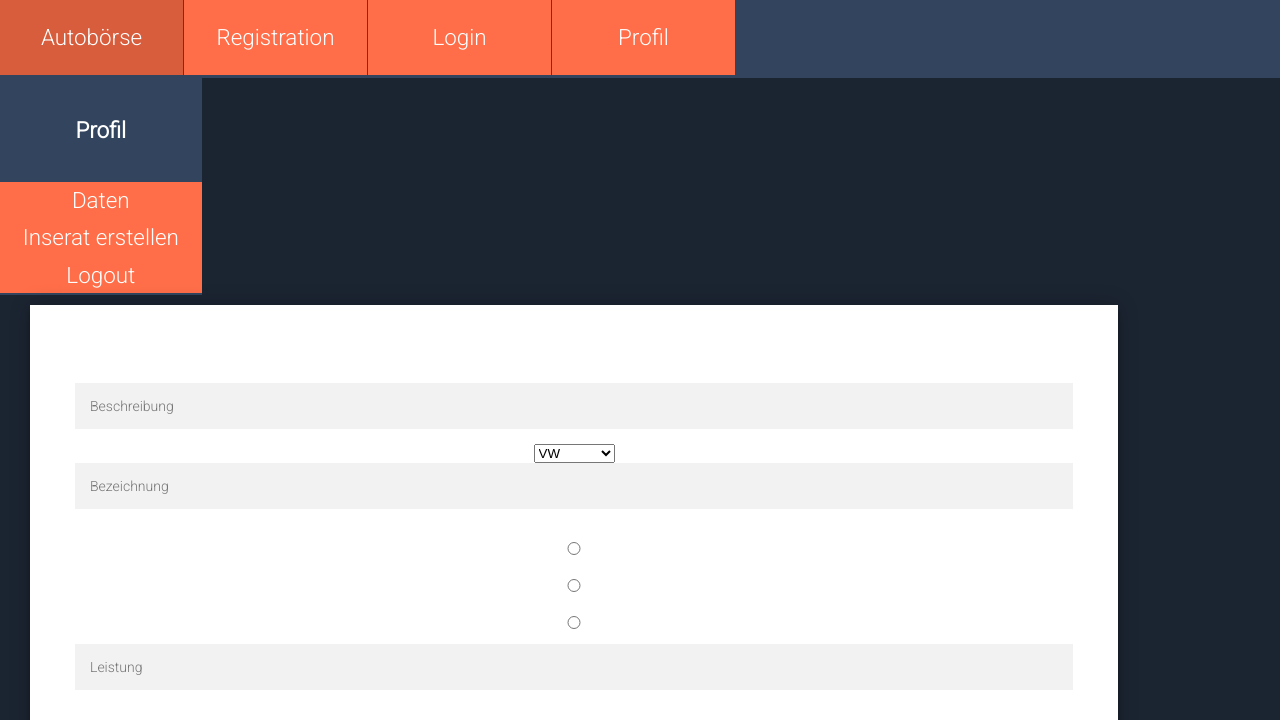
Repository: Turkelten/CarAdminstration
Page: http://localhost/Autobörse/userprofil.jsp
An editor plug-in stored every save of this project. The page is shown before and after the next save, followed by the edit.
The browser window is 1280 px wide. The pictures show the whole page.
The page is served by Tomcat 9.

Above is the page before, as saved 2020-07-19 20:40:46.
Console error: SyntaxError: Unexpected token '=='

After the next save:
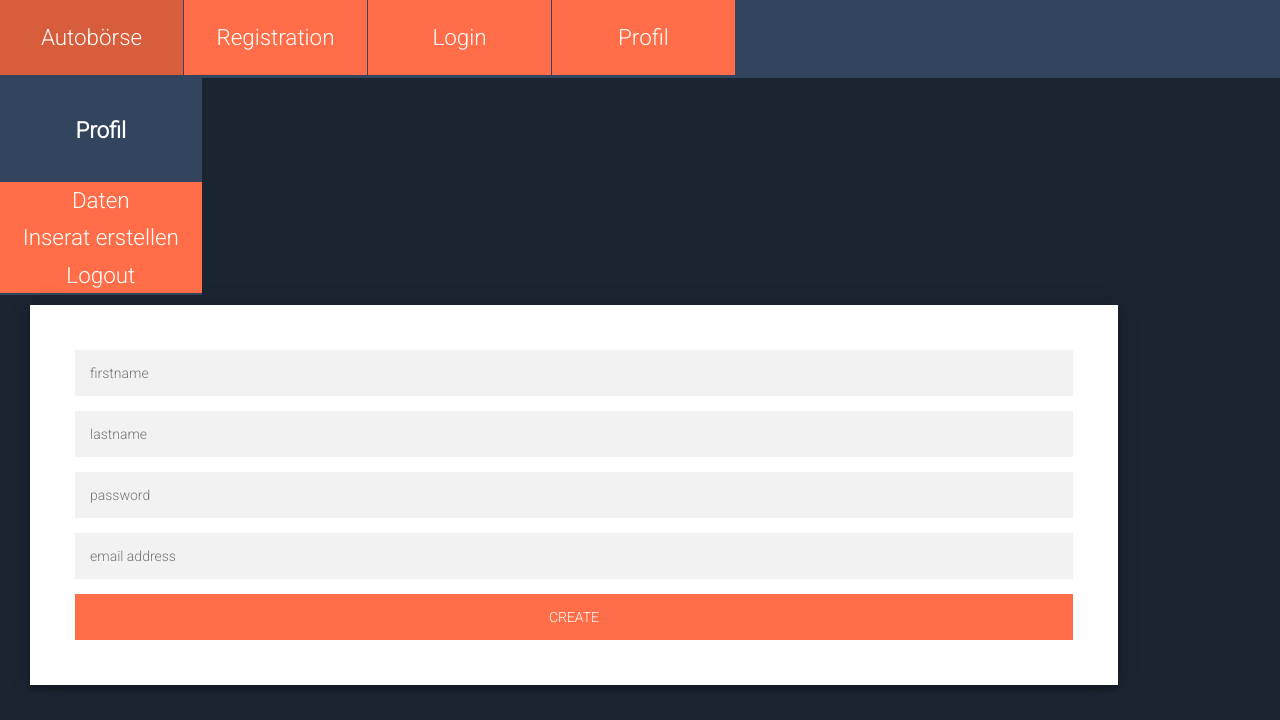
Saved 48 s later.
--- a/Autobörse/WebContent/userprofil.jsp
+++ b/Autobörse/WebContent/userprofil.jsp
@@ -15,28 +15,13 @@
 		<jsp:include page="sidebarUserProfil.jsp" />
 			<div class="user-page">
 				  <div class="userform">
-					<form method="post" action="InseratServlet">
-						<h2>Autoverkaufen</h2>
-						<input type="text" placeholder="Beschreibung" name="beschreibung"/>
-						<select name="cars" id="cars">
-						  <option value="vw">VW</option>
-						  <option value="bmw">BMW</option>
-						  <option value="mercedes">Mercedes</option>
-						  <option value="audi">Audi</option>
-						</select><br/>
-						<input type="text" placeholder="Bezeichnung" name="bezeichnung"/>
-						<label>Motorart:</label><br/>
-						<a>Benzin</a> <input type="radio" name="motor" value="benzin">
-						<a>Diesel</a> <input type="radio" name="motor" value="diesel">
-						<a>Elektro</a> <input type="radio" name="motor" value="elektro">
-						<input type="text" placeholder="Leistung" name="leistung"> <br/>
-						<label>Größe:</label><br/>
-						<a>3-Türer</a> <input type="radio" name="groeße" value="fünf">
-						<a>5-Türer</a> <input type="radio" name="groeße" value="drei">
-						<input type="text" placeholder="KM-Stand" name="kmStand"> <br/>
-						<input type="text" placeholder="Ausstattung" name="ausstattung"/> <br/>
-						<button type="submit">Auto einstellen</button>
-					</form>
+					<form class="login-form" method="post" action="RegistrationServlet">
+				      	<input type="text" placeholder="firstname" name="firstname"/>
+				      	<input type="text" placeholder="lastname" name="lastname"/>
+				      	<input type="password" placeholder="password" name="password"/>
+				      	<input type="text" placeholder="email address" name="username"/>
+				      	<button type="submit">create</button>
+			  		</form>
 				</div>
 			</div>
 	</div>
